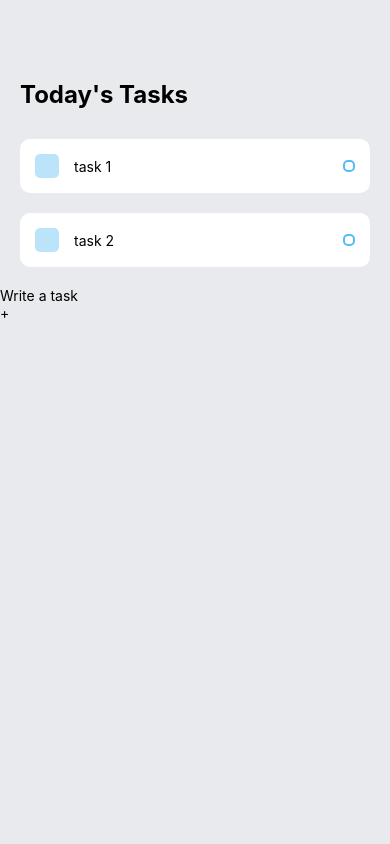
Repository: NT912/TodoList
Screen: /
An editor plug-in stored every save of this project. The screen is shown before and after the next save, followed by the edit.
The app was drawn by React Native's web renderer in a window 390 px wide. The project was rebuilt for these pictures with package versions that can differ from the ones it lists, and the page was loaded fresh each time.

Above is the screen before, as saved 2022-04-16 17:02:54.

### App.js
import { StatusBar } from "expo-status-bar";
import { StyleSheet, Text, View, TextInput } from "react-native";
import { KeyboardAvoidingView, Platform, TouchableOpacity } from "react-native";
import Task from "./components/Task";

export default function App() {
  return (
    <View style={styles.container}>
      {/* Today's Tasks */}
      <View style={styles.tasksWrapper}>
        <Text style={styles.sectionTitle}>Today's Tasks</Text>
        <View style={styles.items}>
          {/* This is the task will go */}
          <Task Text={"task 1"} />
          <Task Text={"task 2"} />
        </View>
      </View>

      {/* Write a task */}
      <KeyboardAvoidingView
        behavior={Platform.OS === "ios" ? "padding" : "height"}
        style={styles.writeTaskWrapper}
      >
        <TextInput style={styles.input} placeholder={"Write a task"} />

        <TouchableOpacity>
          <View style={styles.addWrapper}>
            <Text style={styles.addText}>+</Text>
          </View>
        </TouchableOpacity>
      </KeyboardAvoidingView>
    </View>
  );
}

const styles = StyleSheet.create({
  container: {
    flex: 1,
    backgroundColor: "#E8EAED",
  },
  tasksWrapper: {
    paddingTop: 80,
    paddingHorizontal: 20,
  },
  sectionTitle: {
    fontSize: 24,
    fontWeight: "bold",
  },
  items: { marginTop: 30 },
  writeTaskWrapper: {},
  input: {},
  addWrapper: {},
  addText: {},
});

### components/Task.js
import React from "react";
import { View, Text, StyleSheet } from "react-native";

const Task = (props) => {
  return (
    <View style={styles.item}>
      <View style={styles.itemleft}>
        <View style={styles.quare}></View>
        <Text style={styles.itemText}>{props.Text}</Text>
      </View>
      <View style={styles.cirular}></View>
    </View>
  );
};

const styles = StyleSheet.create({
  item: {
    backgroundColor: "#FFF",
    padding: 15,
    borderRadius: 10,
    flexDirection: "row",
    alignItems: "center",
    justifyContent: "space-between",
    marginBottom: 20,
  },
  itemleft: {
    flexDirection: "row",
    alignItems: "center",
    flexWrap: "wrap",
  },
  quare: {
    width: 24,
    height: 24,
    backgroundColor: "#55BCF6",
    opacity: 0.4,
    borderRadius: 5,
    marginRight: 15,
  },
  itemText: {
    maxWidth: "80%",
  },
  cirular: {
    width: 12,
    height: 12,
    borderColor: "#55BCF6",
    borderWidth: 2,
    borderRadius: 5,
  },
});

export default Task;

After the next save:
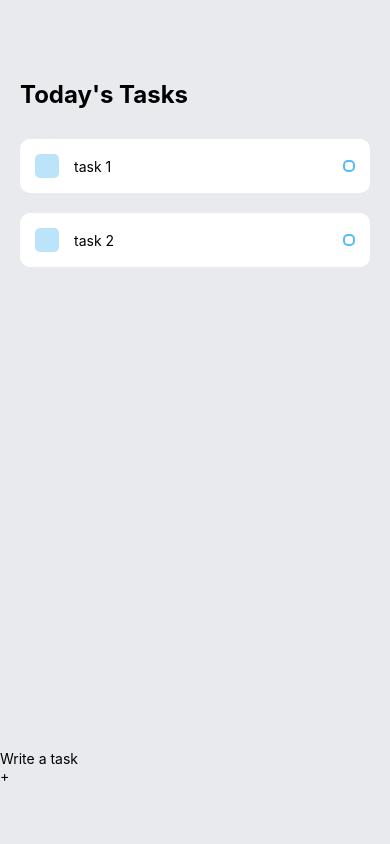
Saved 32 s later.
--- a/App.js
+++ b/App.js
@@ -47,7 +47,11 @@ const styles = StyleSheet.create({
     fontWeight: "bold",
   },
   items: { marginTop: 30 },
-  writeTaskWrapper: {},
+  writeTaskWrapper: {
+    position: "absolute",
+    bottom: 60,
+    width: "100%",
+  },
   input: {},
   addWrapper: {},
   addText: {},
